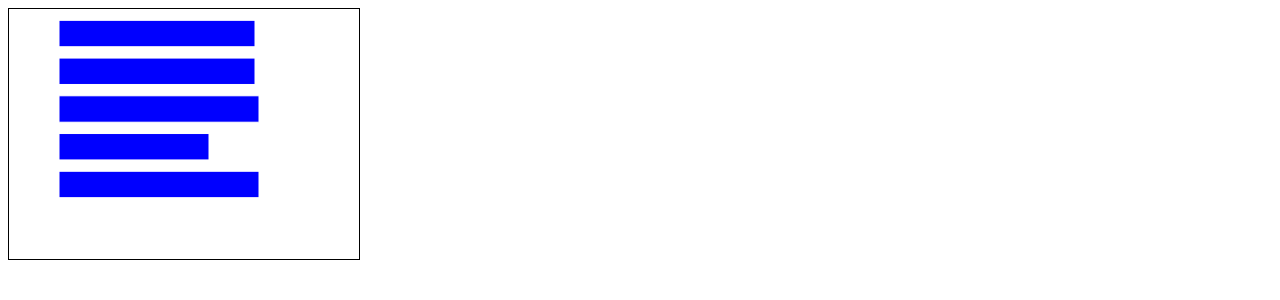
Repository: ducdatit2002/Data-Visualization-Coursera
Page: WEEK2/Demo/demo_adding_annotations.html
The author's editor kept a copy of each file at every save. The page is drawn from the files as they stood at one save, then again after the next save.
The browser window is 1280 px wide. The pictures show the whole page.

Above is the page before, as saved 2023-10-07 00:13:29.

After the next save:
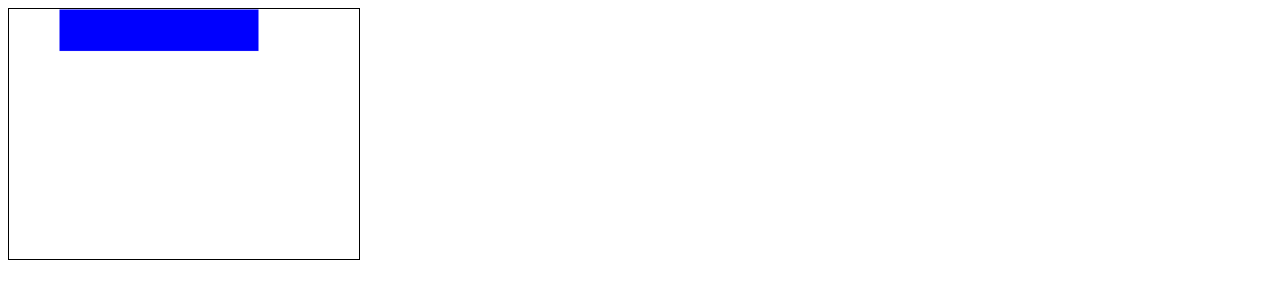
Saved 29 s later.
--- a/WEEK2/Demo/demo_adding_annotations.html
+++ b/WEEK2/Demo/demo_adding_annotations.html
@@ -23,7 +23,7 @@
 
       let scalePosition = d3.scaleBand()
       .range([0, 200])
-      .domain(clients.map(d => d.Name))
+      .domain(clients.map(d => d.Weight))
       .padding(0.3);
 
       let join = body.selectAll("rect").data(clients);
